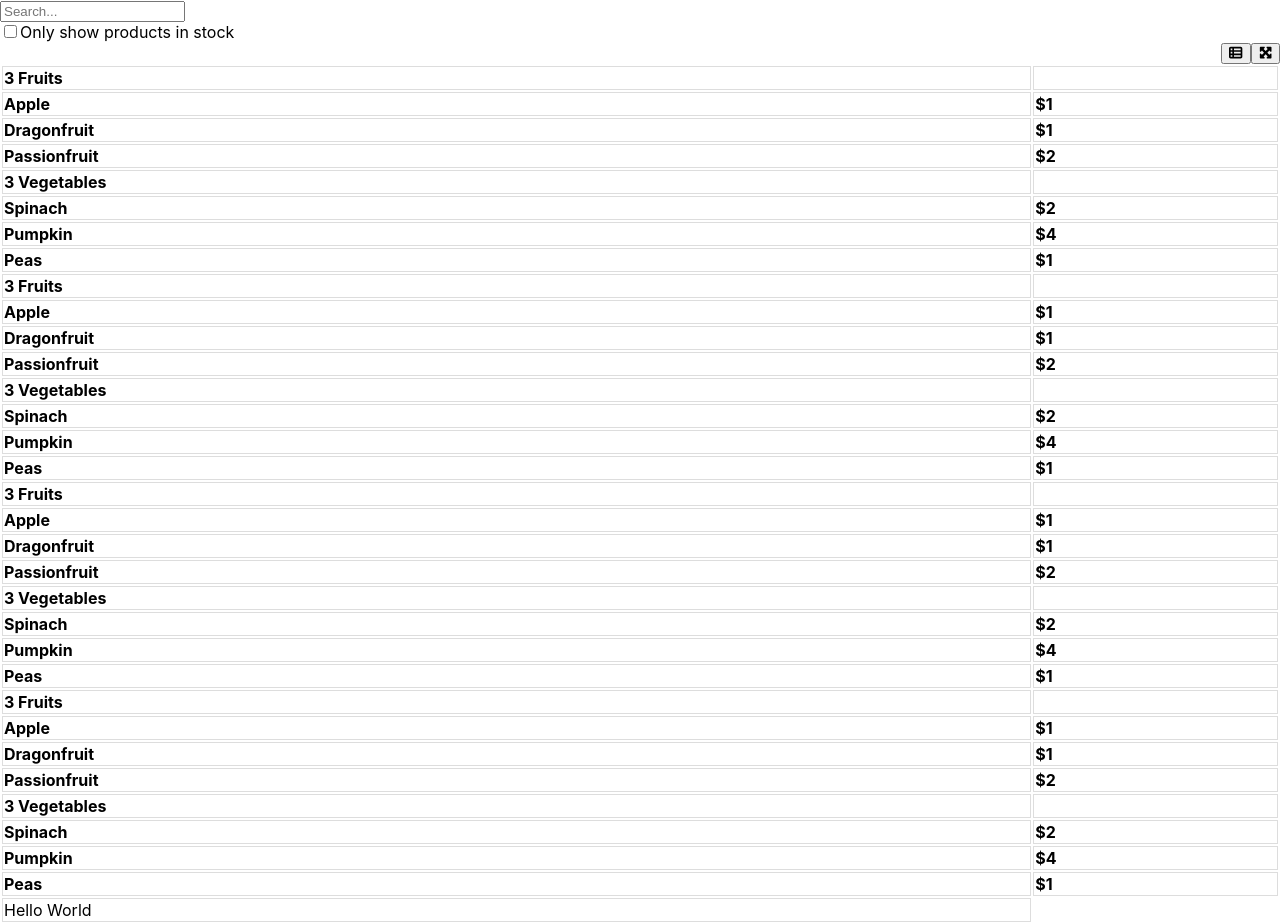
Repository: mariocapitbrok/reactjs-learn
Page: / (app in 05_filtered-data-table/)
The author's editor kept a copy of each file at every save. The page is drawn from the files as they stood at one save, then again after the next save.
The browser window is 1280 px wide. The pictures show the whole page.
The project was rebuilt for these pictures with package versions that can differ from the ones it lists, and the page was loaded fresh each time. Also part of the build but not shown: 05_filtered-data-table/src/components/Table/Caption.jsx, 05_filtered-data-table/src/components/Table/TFoot.jsx, 05_filtered-data-table/src/components/Table/Tr.jsx, 05_filtered-data-table/src/components/Table/Th.jsx.

Above is the page before, as saved 2023-02-28 13:57:57.

### 05_filtered-data-table/src/App.js
import SearchInput from './components/SearchInput'
import ToogleOption from './components/ToogleOption'
import Table from './components/Table'
import tableData from './data/tableData'
import './App.css'

function App() {
  return (
    <div className="App">
      <SearchInput />
      <ToogleOption />
      <Table id="my-table" data={tableData} />
    </div>
  )
}

export default App

### 05_filtered-data-table/src/components/SearchInput.jsx
function SearchInput() {
  return (
    <div>
      <input type="text" placeholder="Search..." />
    </div>
  )
}

export default SearchInput

### 05_filtered-data-table/src/components/ToogleOption.jsx
function ToogleOption() {
  return (
    <div>
      <label>
        <input type="checkbox" />
        {`Only show products in stock`}
      </label>
    </div>
  )
}

export default ToogleOption

### 05_filtered-data-table/src/components/Table.jsx
import TopMenu from './Table/TopMenu'
import '../App.css'

function Table({ id, classes, data }) {
  let className = classes ? classes : 'capitbrok'
  return (
    <>
      <TopMenu />
      <table id={id} className={className}>
        {data}
      </table>
    </>
  )
}

export default Table

### 05_filtered-data-table/src/data/tableData.js
import Caption from '../components/Table/Caption'
import THead from '../components/Table/THead'
import TBody from '../components/Table/TBody'
import TFoot from '../components/Table/TFoot'
import Tr from '../components/Table/Tr'
import Th from '../components/Table/Th'
import Td from '../components/Table/Td'

const products = require('./products')
const groupData = require('../components/Table/helpers/groupData')
const createUniqueKey = require('../components/Table/helpers/createUniqueKey')

const headers = {
  name: null,
  price: null,
}

let rows = []
let jsxRows = []

const categories = groupData(products, 'category').map(i => ({
  category: `${i.itemsCount} ${i.category}`,
  itemsCount: ``,
  items: i.items,
}))
categories.forEach(c => {
  const { items, ...rest } = c
  rows.push({ ...rest })
  rows.push(...items.map(i => ({ name: i.name, price: i.price })))
})

jsxRows.push(...createRows(rows, true))

/* console.log(createUniqueKey())
console.log(rows)
console.log(jsxRows) */

const tableData = (
  <>
    <THead>{jsxRows}</THead>
    <THead jsxRows={jsxRows} />
    <TBody>{jsxRows}</TBody>
    <TBody jsxRows={jsxRows} />
    <tbody>
      <tr>
        <Td>Hello World</Td>
      </tr>
    </tbody>
  </>
)

export default tableData

function createRows(rows, isHeader = false) {
  return rows.map(row => {
    const cells = createCells(row, isHeader)
    return <tr key={row.id || createUniqueKey()}>{cells}</tr>
  })
}

function createCells(row, isHeader = false) {
  return Object.entries(row).map(([key, value]) => {
    if (!Array.isArray(value)) {
      if (isHeader) {
        return (
          <th
            key={row.id ? `${row.id}-${key}` : createUniqueKey()}
            className={key}
          >
            {value}
          </th>
        )
      } else {
        return (
          <td
            key={row.id ? `${row.id}-${key}` : createUniqueKey()}
            className={key}
          >
            {value}
          </td>
        )
      }
    } else {
      return null
    }
  })
}

### 05_filtered-data-table/src/App.css

/* Table*/
#my-table {
  width: 100%;
}

#my-table th {
  text-align: left;
}

#my-table th, #my-table td {
  border: 1px solid #ddd;
}

td.price {
  text-align: right;
}

th {
  text-transform: capitalize;
}

th.description {
  min-width: 300px;
}

.image {
  max-width: 300px;
  overflow-wrap: break-word;
}

/* Table header menu */
.top-menu {
  float: right;
}

### 05_filtered-data-table/src/components/Table/TopMenu.jsx
import { FontAwesomeIcon } from '@fortawesome/react-fontawesome'
import { faMaximize, faTableList } from '@fortawesome/free-solid-svg-icons'
import '../../App.css'

function TopMenu() {
  return (
    <div className="top-menu">
      <button className="densityBtn">
        <FontAwesomeIcon icon={faTableList} />
      </button>
      <button className="fullScreenBtn">
        <FontAwesomeIcon icon={faMaximize} />
      </button>
    </div>
  )
}

export default TopMenu

### 05_filtered-data-table/src/components/Table/THead.jsx
function THead({ jsxRows, children, ...restProps }) {
  return (
    <thead {...restProps}>
      {jsxRows}
      {children}
    </thead>
  )
}

export default THead

### 05_filtered-data-table/src/components/Table/TBody.jsx
function TBody({ jsxRows, children, ...restProps }) {
  return (
    <tbody {...restProps}>
      {jsxRows}
      {children}
    </tbody>
  )
}

export default TBody

### 05_filtered-data-table/src/components/Table/Td.jsx
function Td({ key, children, classes }) {
  let className = classes ? classes : 'capitbrok'

  return (
    <td key={key} className={className}>
      {children}
    </td>
  )
}

export default Td

### 05_filtered-data-table/src/data/products.js
const PRODUCTS = [
  { category: 'Fruits', price: '$1', stocked: true, name: 'Apple' },
  { category: 'Fruits', price: '$1', stocked: true, name: 'Dragonfruit' },
  { category: 'Fruits', price: '$2', stocked: false, name: 'Passionfruit' },
  { category: 'Vegetables', price: '$2', stocked: true, name: 'Spinach' },
  { category: 'Vegetables', price: '$4', stocked: false, name: 'Pumpkin' },
  { category: 'Vegetables', price: '$1', stocked: true, name: 'Peas' },
]

module.exports = PRODUCTS

### 05_filtered-data-table/src/components/Table/helpers/groupData.js
function groupData(data, categoryFieldName) {
  const categories = []

  data.forEach(item => {
    const categoryValue = item[categoryFieldName]

    if (!Array.isArray(categoryValue)) {
      const index = categories.findIndex(
        category => category.category === categoryValue
      )

      if (index === -1) {
        categories.push({
          category: categoryValue,
          items: [item],
          itemsCount: 1,
        })
      } else {
        categories[index].items.push(item)
        categories[index].itemsCount += 1
      }
    } else {
      categoryValue.forEach(value => {
        const index = categories.findIndex(
          category => category.category === value
        )

        if (index === -1) {
          categories.push({
            category: value,
            items: [item],
            itemsCount: 1,
          })
        } else {
          categories[index].items.push(item)
          categories[index].itemsCount += 1
        }
      })
    }
  })

  const categoriesB = categories.map(category => ({
    ...category,
    items: category.items.map(item => {
      const { [categoryFieldName]: ignored, ...rest } = item
      return rest
    }),
  }))

  return categoriesB
}

module.exports = groupData

### 05_filtered-data-table/src/components/Table/helpers/createUniqueKey.js
function createUniqueKey() {
  const randomStr = Math.random().toString(36).slice(2, 11)
  return `${randomStr}`
}

module.exports = createUniqueKey

Loaded but not shown: 05_filtered-data-table/public/index.html (common file); 05_filtered-data-table/src/index.js (common file); 05_filtered-data-table/src/index.css (common file); 05_filtered-data-table/src/reportWebVitals.js (common file)

After the next save:
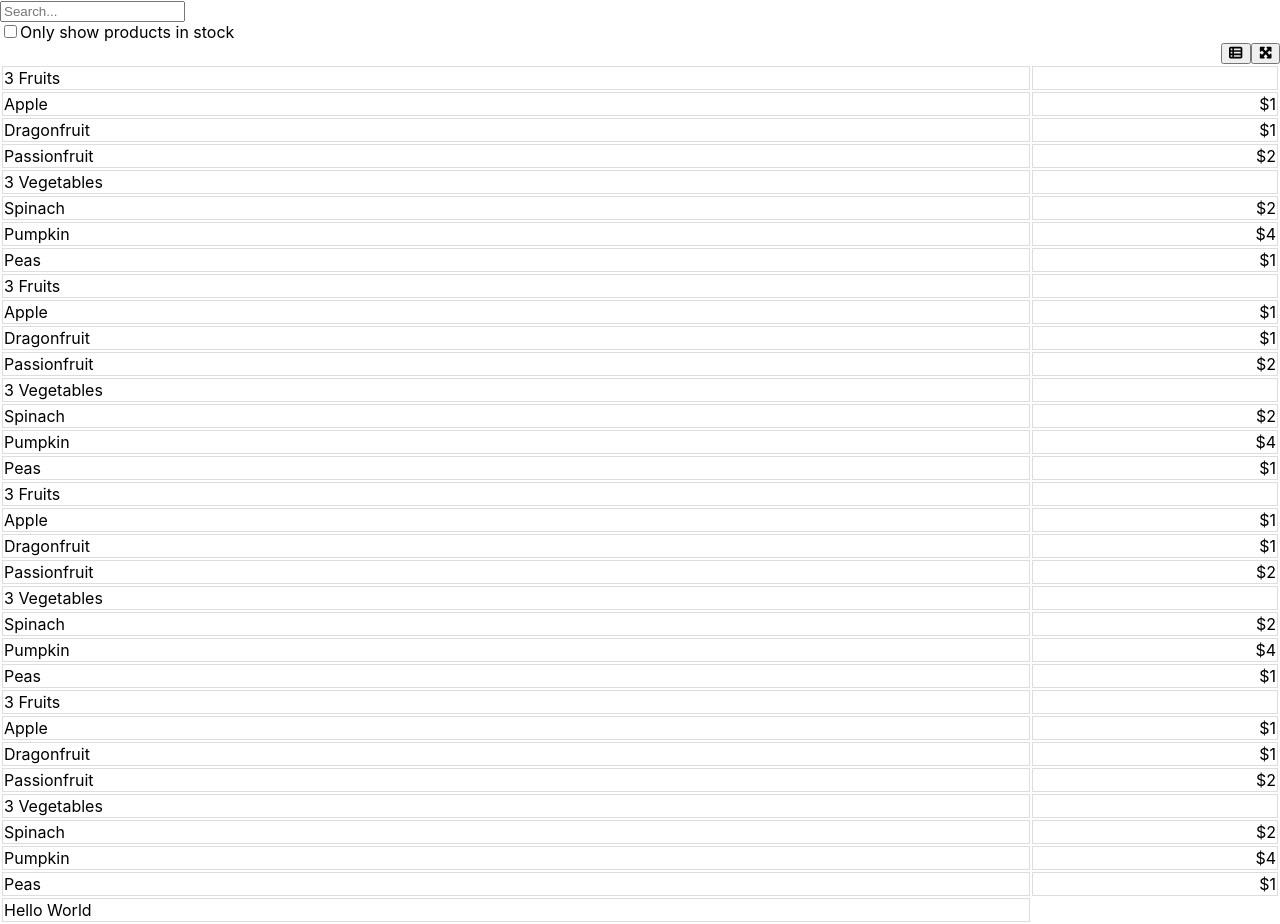
Saved 53 s later.
--- a/05_filtered-data-table/src/data/tableData.js
+++ b/05_filtered-data-table/src/data/tableData.js
@@ -29,7 +29,7 @@ categories.forEach(c => {
   rows.push(...items.map(i => ({ name: i.name, price: i.price })))
 })
 
-jsxRows.push(...createRows(rows, true))
+jsxRows.push(...createRows(rows, false))
 
 /* console.log(createUniqueKey())
 console.log(rows)
